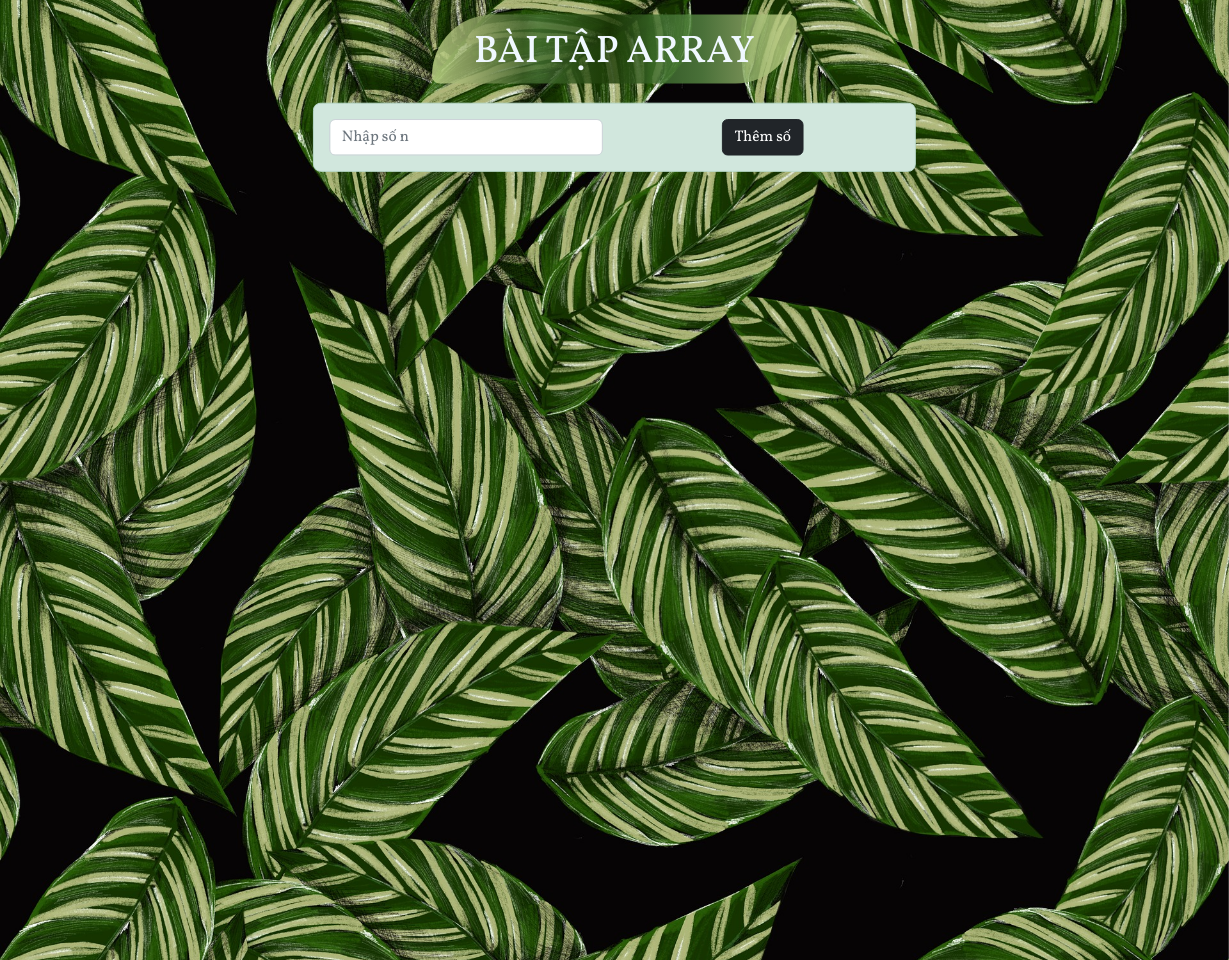
Repository: hcozyph/TranHuuPhuoc_BC43_BT_JS_Buoi7_8_ARRAY
Page: index.html
These files come from the project's save history. The page is drawn as it stood at one moment and after the next save; the edit follows.
The browser window is 1280 px wide. The pictures show the whole page, at 96% of full size.

Above is the page before, as saved 2023-02-20 22:24:27.

### index.html
<!DOCTYPE html>
<html lang="en">
    <head>
        <title>BT Array</title>
        <!-- Required meta tags -->
        <meta charset="utf-8" />
        <meta
            name="viewport"
            content="width=device-width, initial-scale=1, shrink-to-fit=no"
        />
        <!-- font -->
        <link rel="preconnect" href="https://fonts.googleapis.com" />
        <link rel="preconnect" href="https://fonts.gstatic.com" crossorigin />
        <link
            href="https://fonts.googleapis.com/css2?family=Fraunces:ital,opsz,wght@0,9..144,600;0,9..144,700;1,9..144,300;1,9..144,400;1,9..144,500;1,9..144,600;1,9..144,700;1,9..144,800&family=Vollkorn:ital,wght@0,400;0,500;0,600;0,700;0,800;0,900;1,400;1,500;1,600;1,700;1,800;1,900&display=swap"
            rel="stylesheet"
        />
        <!-- Bootstrap CSS v5.2.1 -->
        <link
            href="https://cdn.jsdelivr.net/npm/bootstrap@5.2.1/dist/css/bootstrap.min.css"
            rel="stylesheet"
            integrity="sha384-iYQeCzEYFbKjA/T2uDLTpkwGzCiq6soy8tYaI1GyVh/UjpbCx/TYkiZhlZB6+fzT"
            crossorigin="anonymous"
        />

        <!-- index.css -->
        <link rel="stylesheet" href="./css/index.css" />
    </head>

    <body>
        <div class="container">
            <div class="bt-array-top">
                <div class="bt-array-title pt-2">
                    <h1 class="text-center p-2">BÀI TẬP ARRAY</h1>
                </div>

                <div
                    class="alert alert-success w-50 text-center d-block rounded-3"
                    style="margin: 20px auto"
                >
                    <div class="row row-cols-2">
                        <div class="col">
                            <input
                                type="number"
                                class="form-control"
                                id="userInput"
                                placeholder="Nhập số n"
                                style="height: 100%"
                            />
                        </div>
                        <div class="col">
                            <button class="btn btn-dark" style="height: 100%">
                                Thêm số
                            </button>
                        </div>
                    </div>
                </div>
            </div>

            <div class="bt-array-content">
                <div class=""></div>
                <div class="bt1"></div>
            </div>
        </div>

        <!-- Bootstrap JavaScript Libraries -->
        <script
            src="https://cdn.jsdelivr.net/npm/@popperjs/core@2.11.6/dist/umd/popper.min.js"
            integrity="sha384-oBqDVmMz9ATKxIep9tiCxS/Z9fNfEXiDAYTujMAeBAsjFuCZSmKbSSUnQlmh/jp3"
            crossorigin="anonymous"
        ></script>

        <script
            src="https://cdn.jsdelivr.net/npm/bootstrap@5.2.1/dist/js/bootstrap.min.js"
            integrity="sha384-7VPbUDkoPSGFnVtYi0QogXtr74QeVeeIs99Qfg5YCF+TidwNdjvaKZX19NZ/e6oz"
            crossorigin="anonymous"
        ></script>

        <!-- method.js -->
        <link rel="stylesheet" href="./js/method.js" />

        <!-- index.js -->
        <script src="./js/index.js"></script>
    </body>
</html>

### css/index.css
* {
    margin: 0;
    padding: 0;
    box-sizing: border-box;
    font-family: "Fraunces", serif;
    font-family: "Vollkorn", serif;
}

.container {
    margin: 0 auto;
    max-width: 1440px;

    background-image: url(../img/2.jpg);
    background-size: cover;
    background-position: center;
    background-repeat: no-repeat;

    height: 1000px;
    padding-top: 15px;
}

.bt-array-title {
    display: block;
    width: 380px;
    margin: 0 auto;
    border-radius: 80px 10px 80px 10px;

    font-size: 40px;
    font-weight: 700;
    /* background-color: red; */
    color: aliceblue;
    background: rgb(156, 173, 110);
    background: linear-gradient(
        90deg,
        rgba(198, 219, 142, 0.8) 0%,
        rgba(156, 173, 110, 0.8) 10%,
        rgba(60, 94, 39, 0.8) 25%,
        rgba(68, 112, 49, 0.8) 29%,
        rgba(27, 57, 5, 0.8) 49%,
        rgba(66, 114, 50, 0.8) 63%,
        rgba(90, 139, 69, 0.8) 74%,
        rgba(184, 203, 130, 0.8) 95%
    );
}

/* .bt-array-content {
} */

Loaded but not shown: js/index.js (no copy from this time; the picture is the same without it); js/method.js (no stored copy; drawn as an empty file)

After the next save:
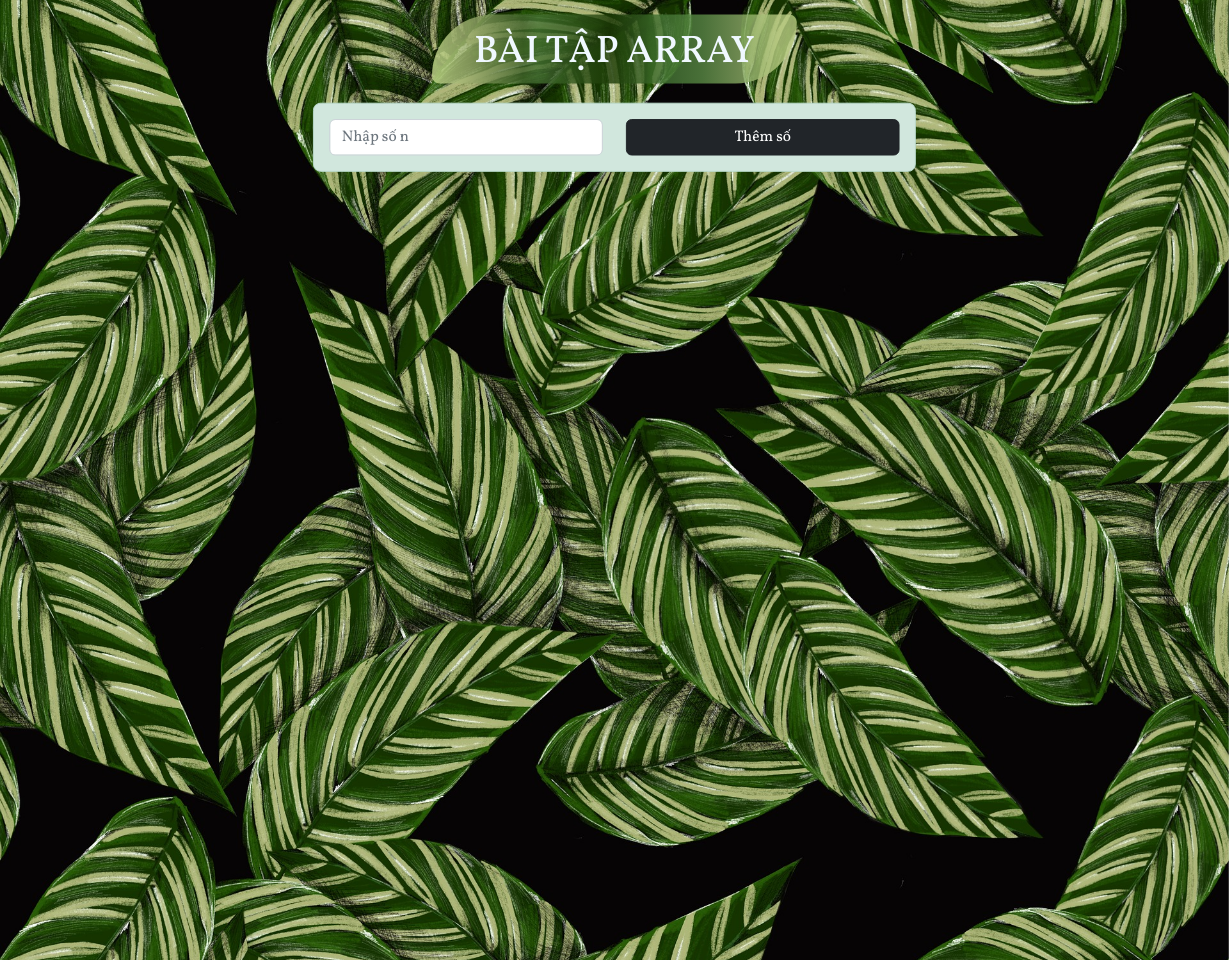
Saved 13 s later.
--- a/index.html
+++ b/index.html
@@ -49,7 +49,10 @@
                             />
                         </div>
                         <div class="col">
-                            <button class="btn btn-dark" style="height: 100%">
+                            <button
+                                class="btn btn-dark"
+                                style="height: 100%; width: 100%"
+                            >
                                 Thêm số
                             </button>
                         </div>
